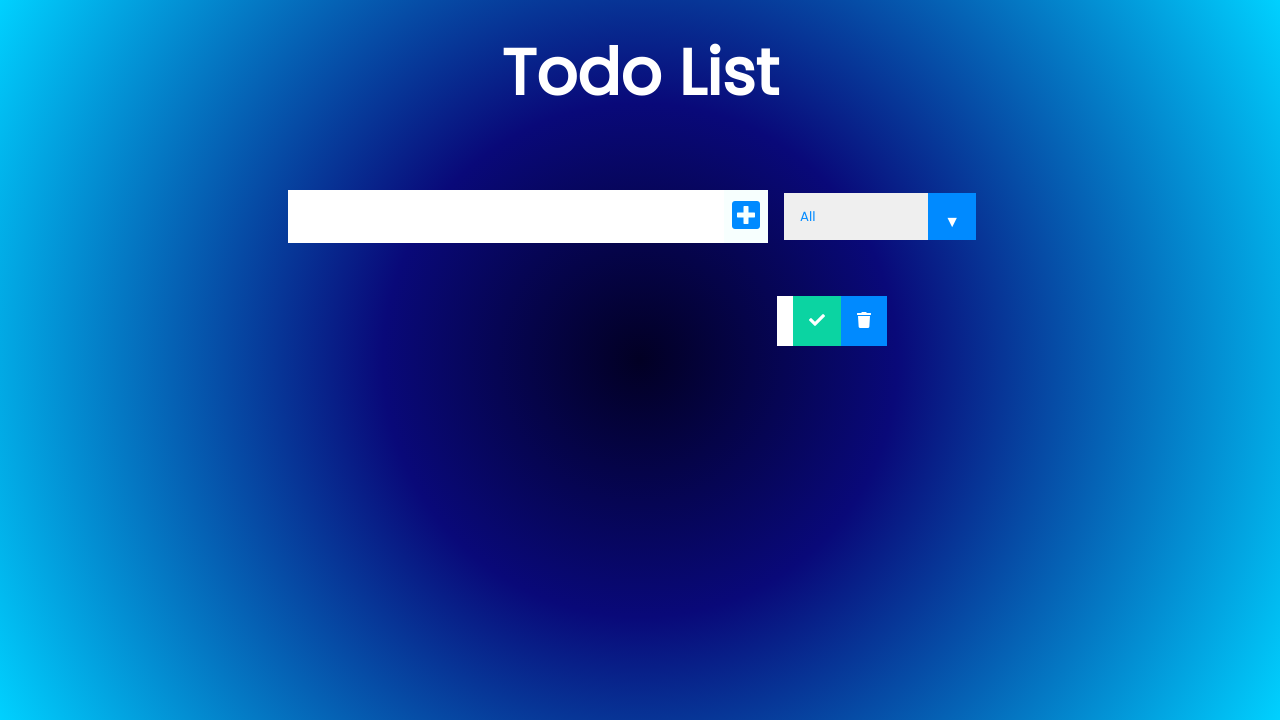
Repository: chellshelove/WADS_Assignment_TodoApp
Page: /
An editor plug-in stored every save of this project. The page is shown before and after the next save, followed by the edit.
The browser window is 1280 px wide. The pictures show the whole page.
Some web libraries are served in a nearby version. The project was rebuilt for these pictures with package versions that can differ from the ones it lists, and the page was loaded fresh each time.

Above is the page before, as saved 2023-03-09 20:59:25.

After the next save:
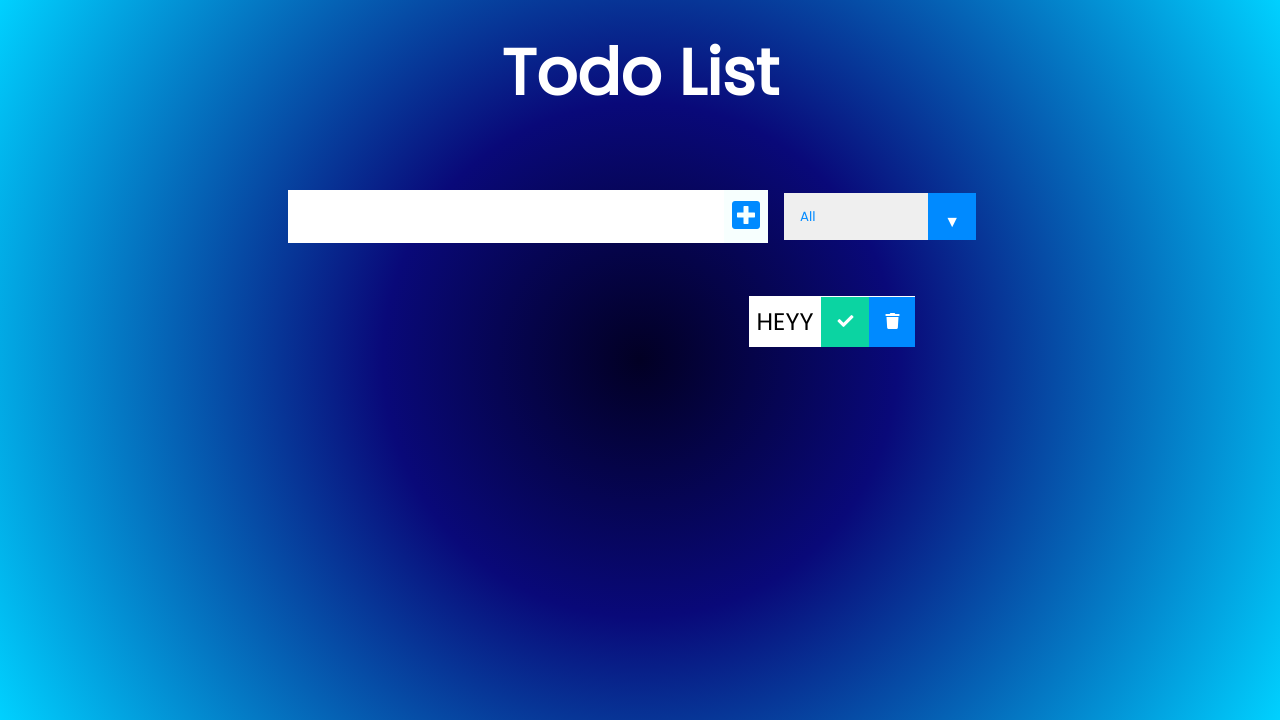
Saved 14 s later.
--- a/src/components/Todo.js
+++ b/src/components/Todo.js
@@ -3,7 +3,7 @@
 const Todo = () => {
     return(
         <div className="todo">
-            <li className="todo item"></li>
+            <li className=" todo item">HEYY</li>
             <button className="complete-btn">
                 <i className="fas fa-check"></i>
             </button>
